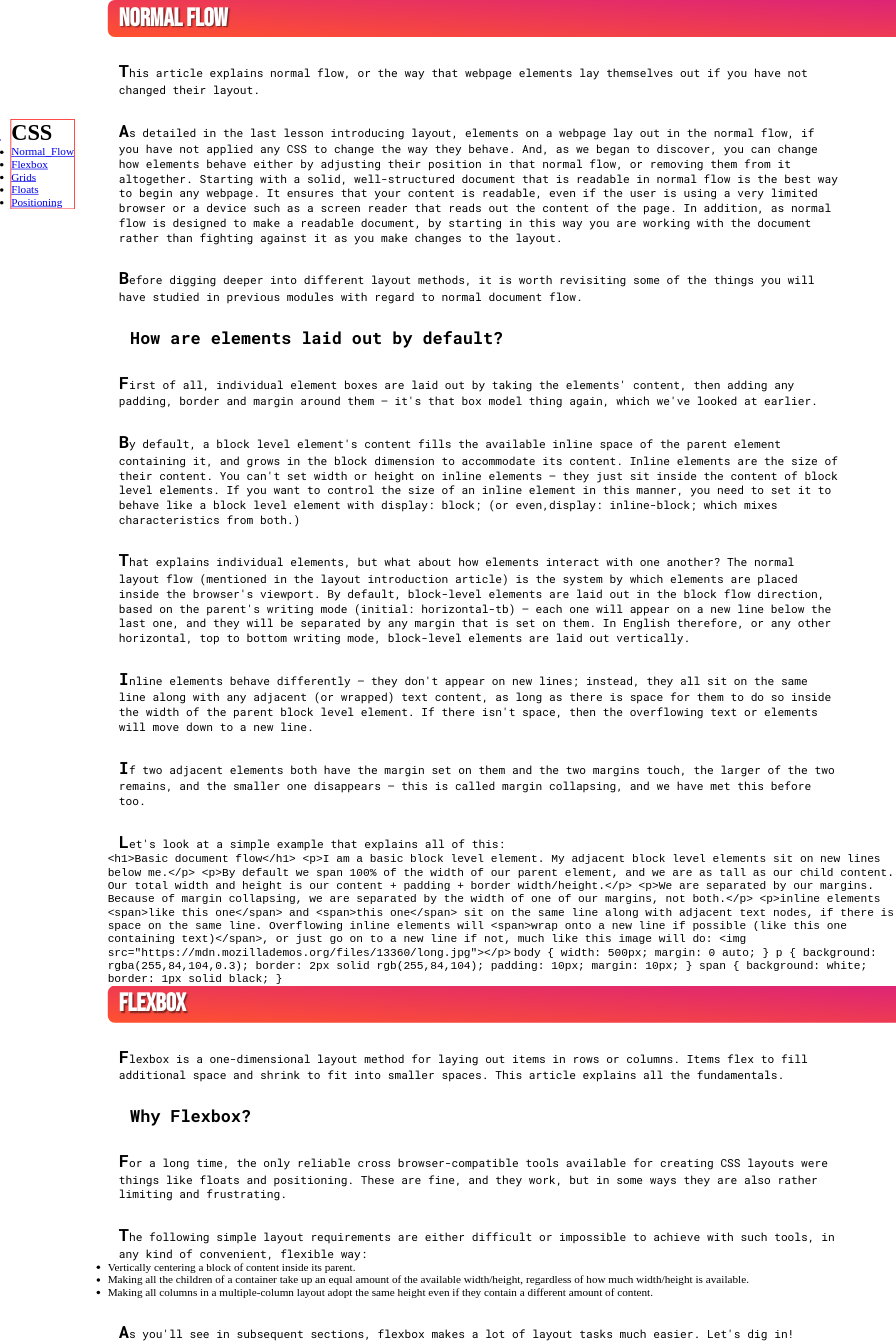
Repository: Colo-Codes/freecodecamp-04-Technical-Documentation-Page
Page: index.html
The author's editor kept a copy of each file at every save. The page is drawn from the files as they stood at one save, then again after the next save.
The browser window is 1280 px wide. The pictures show the part of the page from y = 0 to 1920 px (the page is 4855 px tall before and 4864 px after), at 70% of full size.
Some web fonts or font styles are not loaded; a fallback is used.

Above is the page before, as saved 2021-05-21 12:48:25.

### index.html
<!DOCTYPE html>
<html lang="en">

<head>
    <meta charset="UTF-8">
    <meta http-equiv="X-UA-Compatible" content="IE=edge">
    <meta name="viewport" content="width=device-width, initial-scale=1.0">
    <link rel="stylesheet" href="./resources/css/index.css" type="text/css">
    <link rel="preconnect" href="https://fonts.gstatic.com">
<link href="https://fonts.googleapis.com/css2?family=Bebas+Neue&family=Pattaya&family=Roboto+Mono:wght@100;400;700&display=swap" rel="stylesheet">

    <title>CSS Technical Documentation</title>
</head>

<body>
    <div id="flex-container">
        <div id="navbar-margin"></div>
        <header id="navbar-block">
            <nav id="navbar">
                <!-- On the left of screen, fixed (visible) -->
                <header>
                    <h1>CSS</h1>
                </header>
                <ul>
                    <li><a href="#Normal_Flow" class="nav-link">Normal_Flow</a></li>
                    <li><a href="#Flexbox" class="nav-link">Flexbox</a></li>
                    <li><a href="#Grids" class="nav-link">Grids</a></li>
                    <li><a href="#Floats" class="nav-link">Floats</a></li>
                    <li><a href="#Positioning" class="nav-link">Positioning</a></li>
                </ul>
            </nav>
        </header>
        <main id="main-doc">
            <section class="main-section" id="Normal_Flow">
                <header class="section-header">
                    <h2>Normal Flow</h2>
                </header>
                <p>This article explains normal flow, or the way that webpage elements lay themselves out if you have
                    not
                    changed their
                    layout.</p>
                <p>As detailed in the last lesson introducing layout, elements on a webpage lay out in the normal flow,
                    if
                    you have not
                    applied any CSS to change the way they behave. And, as we began to discover, you can change how
                    elements
                    behave
                    either by adjusting their position in that normal flow, or removing them from it altogether.
                    Starting
                    with a solid,
                    well-structured document that is readable in normal flow is the best way to begin any webpage. It
                    ensures that your
                    content is readable, even if the user is using a very limited browser or a device such as a screen
                    reader that reads
                    out the content of the page. In addition, as normal flow is designed to make a readable document, by
                    starting in
                    this way you are working with the document rather than fighting against it as you make changes to
                    the
                    layout.</p>
                <p>Before digging deeper into different layout methods, it is worth revisiting some of the things you
                    will
                    have studied
                    in previous modules with regard to normal document flow.</p>
                <h3>How are elements laid out by default?</h3>
                <p>First of all, individual element boxes are laid out by taking the elements' content, then adding any
                    padding, border
                    and margin around them — it's that box model thing again, which we've looked at earlier.
                </p>
                <p>By default, a block level element's content fills the available inline space of the parent element
                    containing it,
                    and grows in the block dimension to accommodate its content. Inline elements are the size of their
                    content. You
                    can't set width or height on inline elements — they just sit inside the content of block level
                    elements.
                    If you want
                    to control the size of an inline element in this manner, you need to set it to behave like a block
                    level
                    element
                    with display: block; (or even,display: inline-block; which mixes characteristics from both.)
                </p>
                <p>That explains individual elements, but what about how elements interact with one another? The normal
                    layout flow
                    (mentioned in the layout introduction article) is the system by which elements are placed inside the
                    browser's
                    viewport. By default, block-level elements are laid out in the block flow direction, based on the
                    parent's writing
                    mode (initial: horizontal-tb) — each one will appear on a new line below the last one, and they will
                    be
                    separated by
                    any margin that is set on them. In English therefore, or any other horizontal, top to bottom writing
                    mode,
                    block-level elements are laid out vertically.
                </p>
                <p>Inline elements behave differently — they don't appear on new lines; instead, they all sit on the
                    same
                    line along
                    with any adjacent (or wrapped) text content, as long as there is space for them to do so inside the
                    width of the
                    parent block level element. If there isn't space, then the overflowing text or elements will move
                    down
                    to a new
                    line.
                </p>
                <p>If two adjacent elements both have the margin set on them and the two margins touch, the larger of
                    the
                    two remains,
                    and the smaller one disappears — this is called margin collapsing, and we have met this before too.
                </p>
                <p>Let's look at a simple example that explains all of this:</p>
                <code>&lt;h1&gt;Basic document flow&lt;/h1&gt;

                &lt;p&gt;I am a basic block level element. My adjacent block level elements sit on new lines below me.&lt;/p&gt;

                &lt;p&gt;By default we span 100% of the width of our parent element, and we are as tall as our child content. Our total width and height is our content + padding + border width/height.&lt;/p&gt;

                &lt;p&gt;We are separated by our margins. Because of margin collapsing, we are separated by the width of one of our margins, not both.&lt;/p&gt;

                &lt;p&gt;inline elements &lt;span&gt;like this one&lt;/span&gt; and &lt;span&gt;this one&lt;/span&gt; sit on the same line along with adjacent text nodes, if there is space on the same line. Overflowing inline elements will &lt;span&gt;wrap onto a new line if possible (like this one containing text)&lt;/span&gt;, or just go on to a new line if not, much like this image will do: &lt;img src="https://mdn.mozillademos.org/files/13360/long.jpg"&gt;&lt;/p&gt;</code>
                <code>body {
                width: 500px;
                margin: 0 auto;
              }

              p {
                background: rgba(255,84,104,0.3);
                border: 2px solid rgb(255,84,104);
                padding: 10px;
                margin: 10px;
              }

              span {
                background: white;
                border: 1px solid black;
              }</code>


            </section>

            <section class="main-section" id="Flexbox">
                <header class="section-header">
                    <h2>Flexbox</h2>
                </header>
                <p>Flexbox is a one-dimensional layout method for laying out items in rows or columns. Items flex to
                    fill
                    additional space and shrink to fit into smaller spaces. This article explains all the fundamentals.
                </p>
                <h3>Why Flexbox?</h3>
                <p>For a long time, the only reliable cross browser-compatible tools available for creating CSS layouts
                    were
                    things like floats and positioning. These are fine, and they work, but in some ways they are also
                    rather
                    limiting and frustrating.</p>
                <p>The following simple layout requirements are either difficult or impossible to achieve with such
                    tools,
                    in any kind of convenient, flexible way:</p>
                <ul>
                    <li>Vertically centering a block of content inside its parent.</li>
                    <li>Making all the children of a container take up an equal amount of the available width/height,
                        regardless of how much width/height is available.</li>
                    <li>Making all columns in a multiple-column layout adopt the same height even if they contain a
                        different amount of content.</li>
                </ul>
                <p>As you'll see in subsequent sections, flexbox makes a lot of layout tasks much easier. Let's dig in!
                </p>
                <h3>Specifying what elements to lay out as flexible boxes</h3>
                <code>section {
                display: flex;
              }</code>


            </section>

            <section class="main-section" id="Grids">
                <header class="section-header">
                    <h2>Grids</h2>
                </header>
                <p>CSS Grid Layout is a two-dimensional layout system for the web. It lets you lay content out in rows
                    and
                    columns, and has many features that make building complex layouts straightforward. This article will
                    give you all you need to know to get started with page layout.</p>
                <h3>What is grid layout?</h3>
                <p>A grid is a collection of horizontal and vertical lines creating a pattern against which we can line
                    up
                    our design elements. They help us to create designs where elements don’t jump around or change width
                    as
                    we move from page to page, providing greater consistency on our websites.</p>
                <p>A grid will typically have columns, rows, and then gaps between each row and column — commonly
                    referred
                    to as gutters.</p>
                <h3>Defining a grid</h3>
                <p>As a starting point, download and open the starting point file in your text editor and browser (you
                    can
                    also see it live here). You will see an example with a container, which has some child items. By
                    default
                    these display in normal flow so the boxes display one below the other. We will be working with this
                    file
                    for the first part of this lesson, making changes to see how grid behaves.</p>
                <p>To define a grid we use the grid value of the display property. As with Flexbox, this switches on
                    Grid
                    Layout, and all of the direct children of the container become grid items. Add this to the CSS
                    inside
                    your file:</p>
                <code>.container {
                display: grid;
            }</code>
                <p>Unlike flexbox, the items will not immediately look any different. Declaring display: grid gives you
                    a
                    one column grid, so your items will continue to display one below the other as they do in normal
                    flow.
                </p>
                <p>We can place things according to these lines by specifying the start and end line. We do this using
                    the
                    following properties:</p>
                <ul>
                    <li>grid-column-start</li>
                    <li>grid-column-end</li>
                    <li>grid-row-start</li>
                    <li>grid-row-end</li>
                </ul>

            </section>

            <section class="main-section" id="Floats">
                <header class="section-header">
                    <h2>Floats</h2>
                </header>
                <p>Originally for floating images inside blocks of text, the float property became one of the most
                    commonly
                    used tools for creating multiple column layouts on webpages. With the advent of flexbox and grid it
                    has
                    now returned to its original purpose, as this article explains.</p>
                <h3>The background of floats</h3>
                <p>The float property was introduced to allow web developers to implement simple layouts involving an
                    image
                    floating inside a column of text, with the text wrapping around the left or right of it. The kind of
                    thing you might get in a newspaper layout.</p>
                <p>But web developers quickly realized that you can float anything, not just images, so the use of float
                    broadened, for example to fun layout effects such as drop-caps.</p>
                <p>Floats have commonly been used to create entire web site layouts featuring multiple columns of
                    information floated so they sit alongside one another (the default behavior would be for the columns
                    to
                    sit below one another, in the same order as they appear in the source). There are newer, better
                    layout
                    techniques available and so use of floats in this way should be regarded as a legacy technique.</p>
                <h3>A simple float example</h3>
                <p>Let's explore how to use floats. We'll start with a really simple example involving floating a block
                    of
                    text around an element. You can follow along by creating a new index.html file on your computer,
                    filling
                    it with a simple HTML template, and inserting the below code into it at the appropriate places. At
                    the
                    bottom of the section, you can see a live example of what the final code should look like.</p>
                <p>First, we'll start off with some simple HTML — add the following to your HTML body, removing anything
                    that was inside there before:</p>
                <code>&lt;h1&gt;Simple float example&lt;/h1&gt;

                &lt;div class="box"&gt;Float&lt;/div&gt;

                &lt;p&gt;Lorem ipsum dolor sit amet, consectetur adipiscing elit. Nulla luctus aliquam dolor, eu lacinia lorem placerat vulputate. Duis felis orci, pulvinar id metus ut, rutrum luctus orci. Cras porttitor imperdiet nunc, at ultricies tellus laoreet sit amet. &lt;/p&gt;

                &lt;p&gt;Sed auctor cursus massa at porta. Integer ligula ipsum, tristique sit amet orci vel, viverra egestas ligula. Curabitur vehicula tellus neque, ac ornare ex malesuada et. In vitae convallis lacus. Aliquam erat volutpat. Suspendisse ac imperdiet turpis. Aenean finibus sollicitudin eros pharetra congue. Duis ornare egestas augue ut luctus. Proin blandit quam nec lacus varius commodo et a urna. Ut id ornare felis, eget fermentum sapien.&lt;/p&gt;

                &lt;p&gt;Nam vulputate diam nec tempor bibendum. Donec luctus augue eget malesuada ultrices. Phasellus turpis est, posuere sit amet dapibus ut, facilisis sed est. Nam id risus quis ante semper consectetur eget aliquam lorem. Vivamus tristique elit dolor, sed pretium metus suscipit vel. Mauris ultricies lectus sed lobortis finibus. Vivamus eu urna eget velit cursus viverra quis vestibulum sem. Aliquam tincidunt eget purus in interdum. Cum sociis natoque penatibus et magnis dis parturient montes, nascetur ridiculus mus.&lt;/p&gt;
            </code>
                <p>Now apply the following CSS to your HTML (using a &lt;style&gt; element or a
                    <link> to a separate .css file — your choice):
                </p>
                <code>
                body {
                    width: 90%;
                    max-width: 900px;
                    margin: 0 auto;
                    font: .9em/1.2 Arial, Helvetica, sans-serif
                  }

                  .box {
                    width: 150px;
                    height: 100px;
                    border-radius: 5px;
                    background-color: rgb(207,232,220);
                    padding: 1em;
                  }
                </code>

            </section>

            <section class="main-section" id="Positioning">
                <header class="section-header">
                    <h2>Positioning</h2>
                </header>
                <p>Positioning allows you to take elements out of the normal document layout flow, and make them behave
                    differently; for example sitting on top of one another, or always remaining in the same place inside
                    the
                    browser viewport. This article explains the different position values, and how to use them.</p>
                <ul>
                    <li>Default value: static</li>
                    <li>Inherited: no</li>
                    <li>Animatable: no. Read about animatable</li>
                    <li>Version: CSS2</li>
                    <li>JavaScript syntax: object.style.position="absolute"</li>
                </ul>
                <h3>Introducing positioning</h3>
                <p>The whole idea of positioning is to allow us to override the basic document flow behavior described
                    above, to produce interesting effects. What if you want to slightly alter the position of some boxes
                    inside a layout from their default layout flow position, to give a slightly quirky, distressed feel?
                    Positioning is your tool. Or if you want to create a UI element that floats over the top of other
                    parts
                    of the page, and/or always sits in the same place inside the browser window no matter how much the
                    page
                    is scrolled? Positioning makes such layout work possible.</p>
                <h3>Static positioning</h3>
                <p>Static positioning is the default that every element gets — it just means "put the element into its
                    normal position in the document layout flow — nothing special to see here."</p>
            </section>
        </main>
    </div>
    <footer>
        <p>All content was gathered from <a href="https://developer.mozilla.org/en-US/docs/Learn/CSS/CSS_layout"
                target="_blank">MDN</a></p>
        By Damian Demasi &copy;
    </footer>
</body>

</html>

### resources/css/index.css
/* TODO - My Technical Documentation page should use at least one media query. */

/* Reset */
html {
    box-sizing: border-box;
    font-size: 16px;
}

*, *:before, *:after {
    box-sizing: inherit;
    margin: 0;
    padding: 0;
}

/* Main flexbox */

#flex-container {
    position: relative;
    display: flex;
    /* flex-flow: wrap; */
    /* align-items: flex-start; */
    align-items: baseline;
}
main {
    align-self: flex-start;
}

/* Navbar */

#navbar-margin {
    margin-top: 200px;
    outline: 1px solid blue;
}
#navbar-block {
    position: sticky;
    top: 20px;
    outline: 1px solid red;
    margin: 0 3rem 0 1rem;
}

#navbar h1 {
    font-family: 'Pattaya', 'Times New Roman', Times, serif;
    font-size: 2rem;
}
/* Main content */
.section-header {
    position: sticky;
    top: 0px;
    color: white;
    text-shadow: 2px 2px 2px rgba(0, 0, 0, .5);
    padding: 5px 0 5px 1rem;
    background: #FF512F;  /* fallback for old browsers */
    background: -webkit-linear-gradient(to bottom left, #DD2476, #FF512F);  /* Chrome 10-25, Safari 5.1-6 */
    background: linear-gradient(to bottom left, #DD2476, #FF512F); /* W3C, IE 10+/ Edge, Firefox 16+, Chrome 26+, Opera 12+, Safari 7+ */
    font-family: 'Bebas Neue', sans-serif;
    text-transform: uppercase;
    font-size: 1.5rem;
    border-radius: 10px 0 0 10px;
}

p, h3 {
    font-family: 'Roboto Mono', Arial, Helvetica, sans-serif;
}
p {
    margin: 2rem 5rem 0 1rem;

}
p::first-letter {
    font-weight: bold;
    font-size: 1.5rem;
}
h3 {
    margin: 2rem 0 0 2rem;
    font-size: 1.5rem;
}

After the next save:
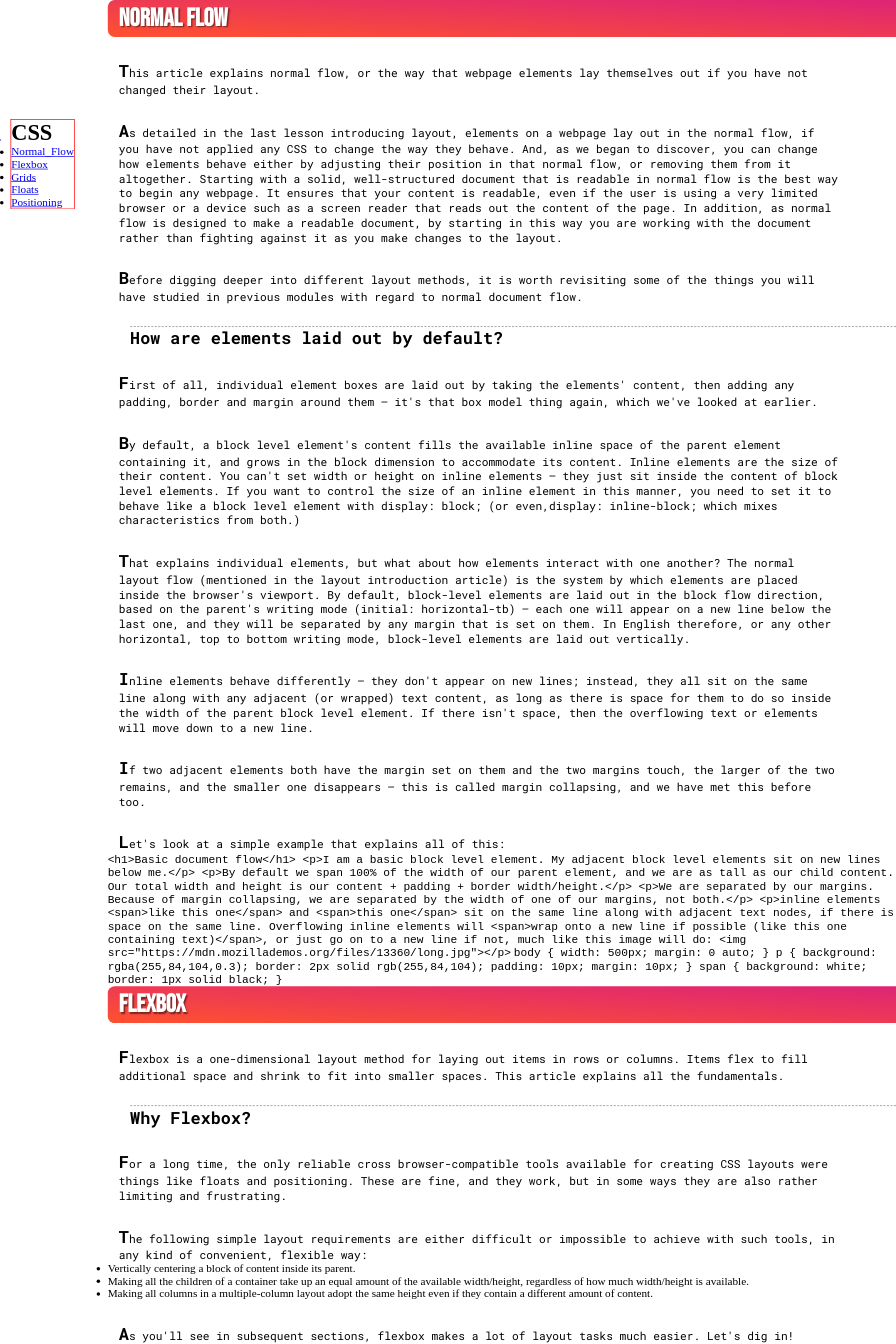
Saved 34 s later.
--- a/resources/css/index.css
+++ b/resources/css/index.css
@@ -72,4 +72,5 @@ p::first-letter {
 h3 {
     margin: 2rem 0 0 2rem;
     font-size: 1.5rem;
+    border-top: 1px dashed rgba(0, 0, 0, .5);
 }
